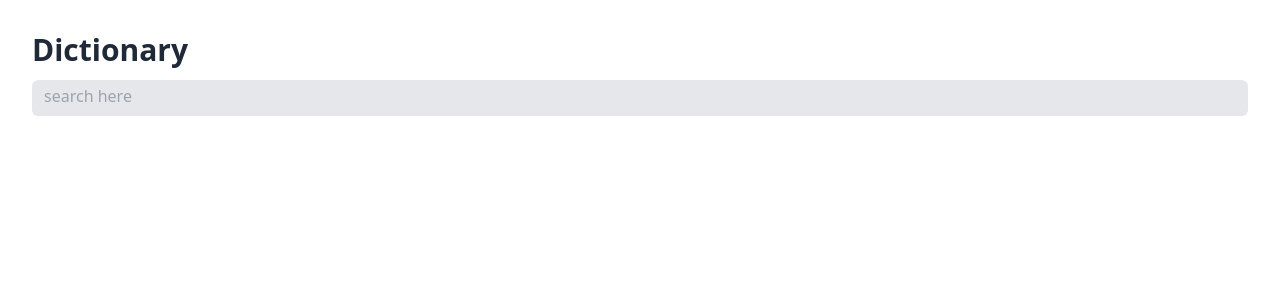
Repository: imokha01/dictionary-app
Page: /
An editor plug-in stored every save of this project. The page is shown before and after a run of saves, followed by the edit.
The browser window is 1280 px wide. The pictures show the whole page.
The project was rebuilt for these pictures with package versions that can differ from the ones it lists, and the page was loaded fresh each time. Also part of the build but not shown: vite.config.js, src/App.css.

Above is the page before, as saved 2024-02-19 10:51:47.

After the next 6 saves:
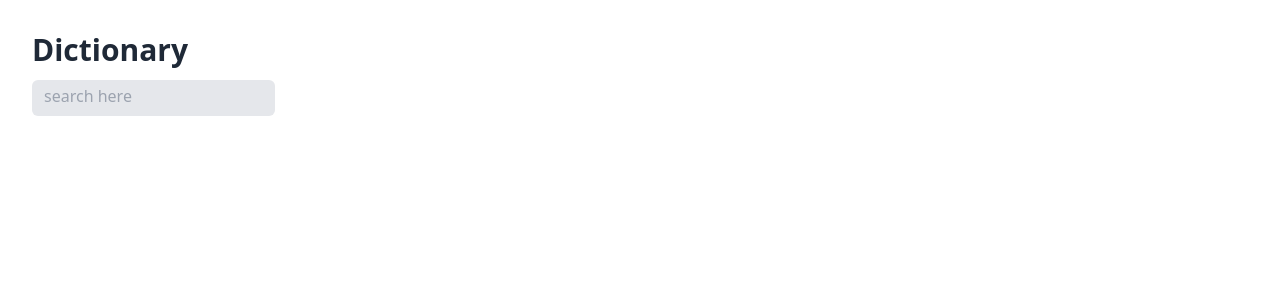
The 6 saves are shown as one change because they came seconds apart.
The last was saved 39 s later.
--- a/src/pages/Home.jsx
+++ b/src/pages/Home.jsx
@@ -1,13 +1,15 @@
 
 const Home = () => {
-  return (
-    <div>
-      <div className="flex flex-col gap-3">
-        <h1 className="text-3xl  font-semibold">Dictionary</h1>
-        <input className="bg-gray-200 rounded-md h-9 pl-3 pb-1" type="text" placeholder="search here" />
-      </div>
-    </div>
-  )
+    return (
+        <div>
+            <div className="flex flex-col gap-3">
+                <h1 className="text-3xl  font-semibold">Dictionary</h1>
+                <div>
+                    <input className="bg-gray-200 rounded-md h-9 pl-3 pb-1" type="text" placeholder="search here" />
+                </div>
+            </div>
+        </div>
+    )
 }
 
 export default Home
